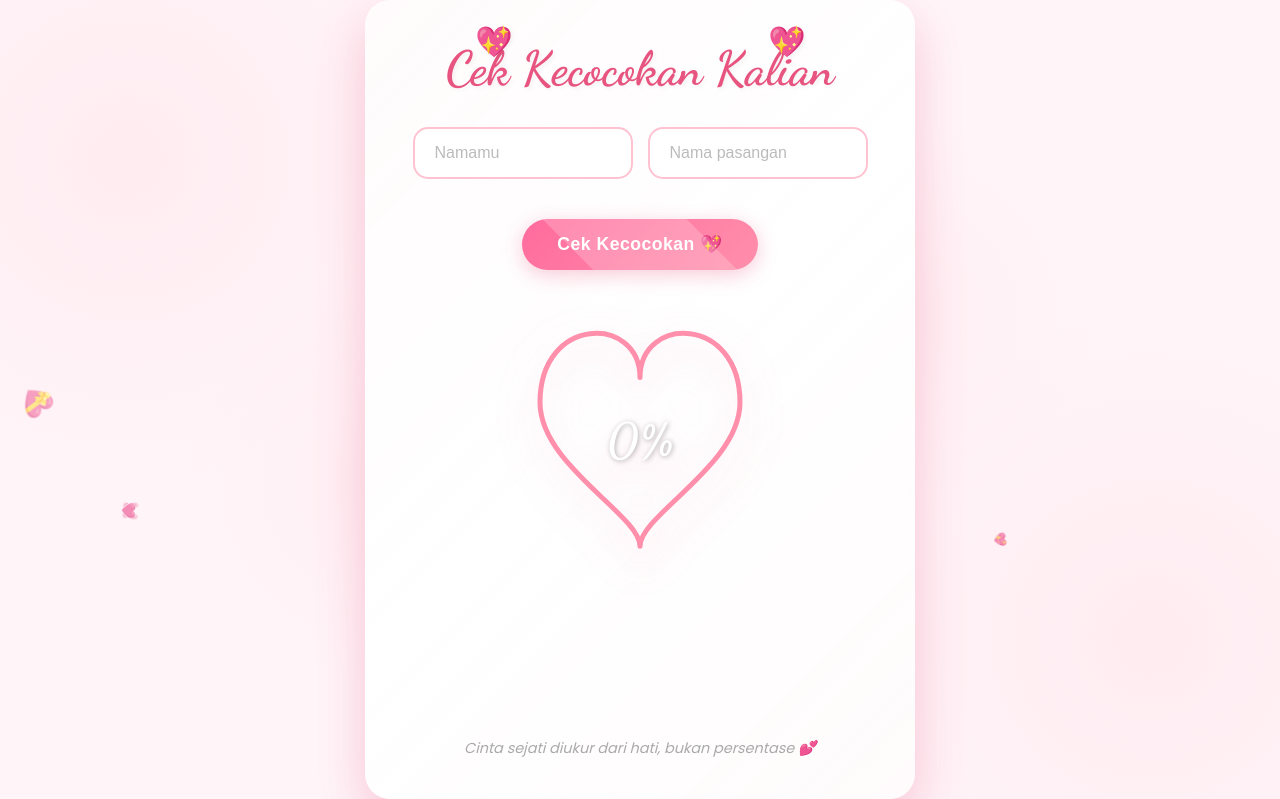
Repository: zhr-nabila/cek-jodoh
Page: cek.html
These files come from the project's save history. The page is drawn as it stood at one moment and after the next save; the edit follows.
The browser window is 1280 px wide. The pictures show the whole page.

Above is the page before, as saved 2025-06-10 00:33:01.

After the next save:
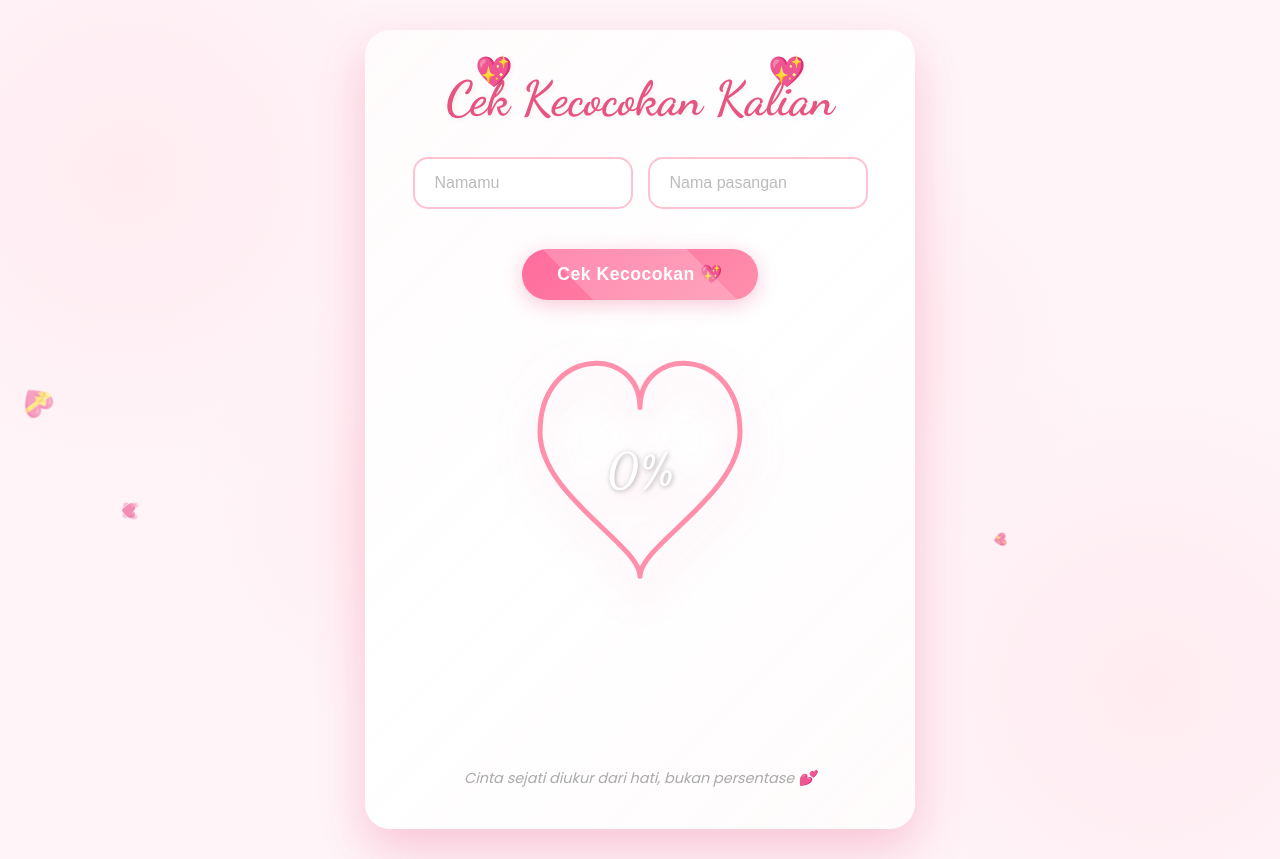
Saved 78 s later.
--- a/cek.html
+++ b/cek.html
@@ -36,7 +36,7 @@
         background-color: var(--pink-pale);
         font-family: "Poppins", sans-serif;
         text-align: center;
-        padding: 0;
+        padding: 30px;
         margin: 0;
         min-height: 100vh;
         display: flex;

After the 2 saves that followed:
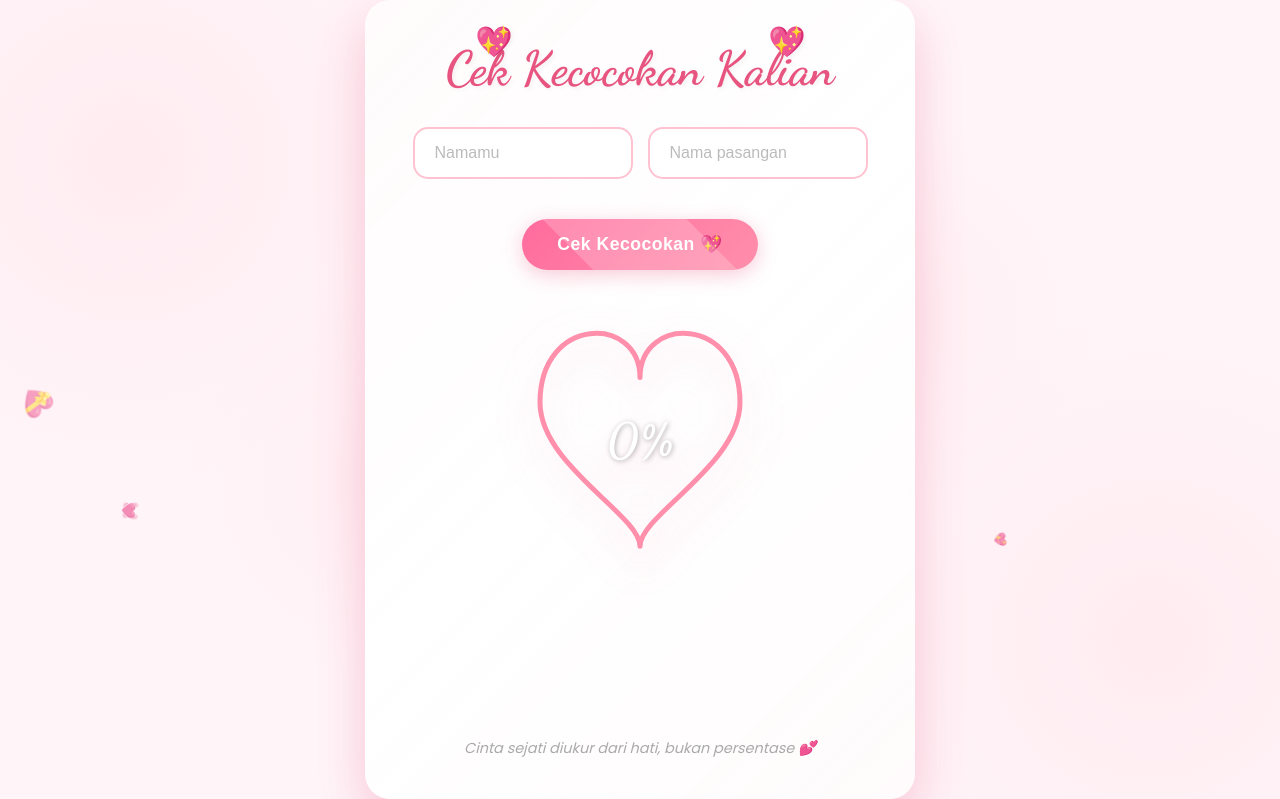
The 2 saves are shown as one change because they came seconds apart.
The last was saved 15 s later.
--- a/cek.html
+++ b/cek.html
@@ -36,7 +36,7 @@
         background-color: var(--pink-pale);
         font-family: "Poppins", sans-serif;
         text-align: center;
-        padding: 30px;
+        padding: 0px 0px;
         margin: 0;
         min-height: 100vh;
         display: flex;
